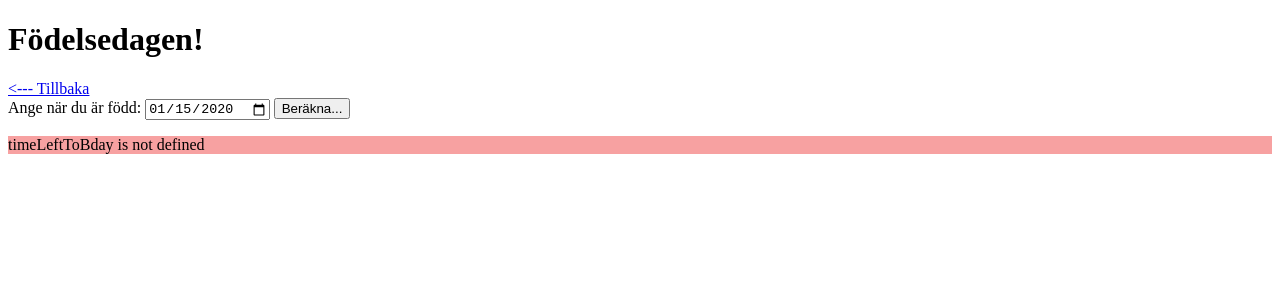
Repository: mw222rs/1dv403-laborationer
Page: 1-vandalen/birthday/index.html
The author's editor kept a record of every edit. The page is drawn from the files as they stood at one moment, then again after the next edit.
The browser window is 1280 px wide. The pictures show the whole page.
Empty fields were first filled with sample values (such as "Sample", 5 or name@example.com).
After loading, the first visible `#send` was clicked once.

Above is the page before.

After the next edit:
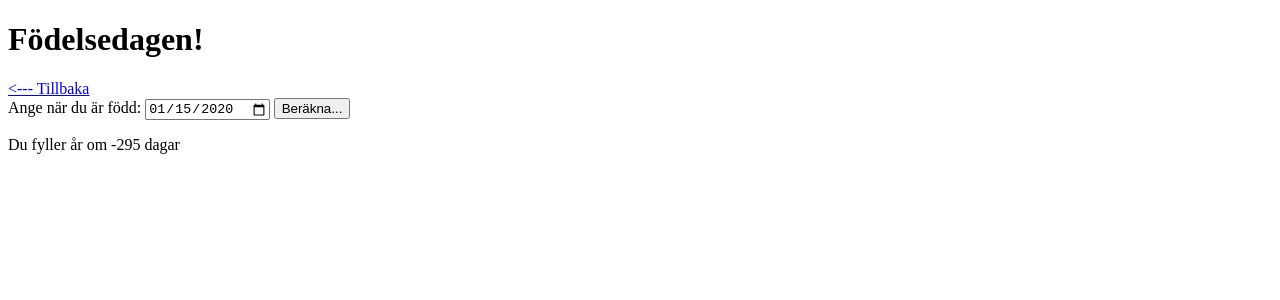
The edit:
--- a/1-vandalen/birthday/script.js
+++ b/1-vandalen/birthday/script.js
@@ -21,7 +21,7 @@
 
 		// var timeLeftToBday = (thisYearUserBday.getTime() < now.getTime()) ? nextYearUserBday.getTime() : thisYearUserBday.getTime();
 
-		var diff = timeLeftToBday.getTime() - now.getTime();
+		var diff = thisYearUserBday.getTime() - now.getTime();
 
 		var days = Math.ceil(diff / (1000*60*60*24));
 

After the 2 edits that followed:
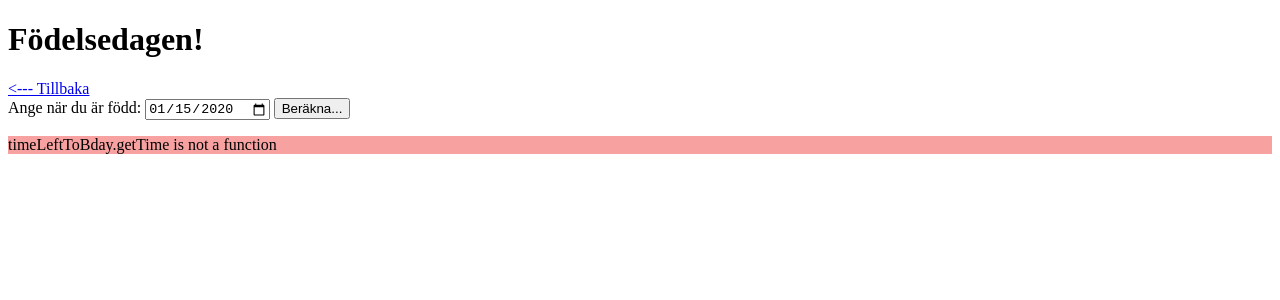
The 2 edits are shown as one change because 1 left the picture as it was.
The edit:
--- a/1-vandalen/birthday/script.js
+++ b/1-vandalen/birthday/script.js
@@ -19,9 +19,9 @@
 		console.log("Bday: " + thisYearUserBday);
 		console.log("Nästa år: " + nextYearUserBday);
 
-		// var timeLeftToBday = (thisYearUserBday.getTime() < now.getTime()) ? nextYearUserBday.getTime() : thisYearUserBday.getTime();
+		var timeLeftToBday = (thisYearUserBday.getTime() < now.getTime()) ? nextYearUserBday.getTime() : thisYearUserBday.getTime();
 
-		var diff = thisYearUserBday.getTime() - now.getTime();
+		var diff = timeLeftToBday.getTime() - now.getTime();
 
 		var days = Math.ceil(diff / (1000*60*60*24));
 
